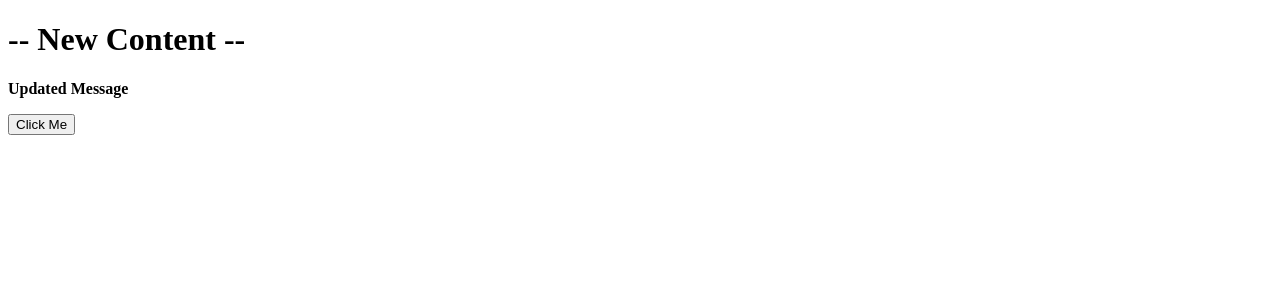
Repository: Jyoshika1263/Java-Training_Genpact
Page: shop/src/main/resources/static/index.html
The author's editor kept a copy of each file at every save. The page is drawn from the files as they stood at one save, then again after the next save.
The browser window is 1280 px wide. The pictures show the whole page.

Above is the page before, as saved 2025-02-27 10:51:21.

### shop/src/main/resources/static/index.html
<!--
<!DOCTYPE html>
<html lang="en">
<head>
<meta charset="UTF-8">
<meta name="viewport" content="width=device-width, initial-scale=1.0">
<title>Welcome to javascript</title>
<style>
        body {
            font-family: Arial, sans-serif;
            margin: 20px;
        }
        h1 {
            color: #333;
        }
        table {
            width: 100%;
            border-collapse: collapse;
        }
        th, td {
            border: 1px solid #ddd;
            padding: 8px;
            text-align: left;
        }
        th {
            background-color: #f2f2f2;
        }
        tr:nth-child(even) {
            background-color: #f9f9f9;
        }
        tr:hover {
            background-color: #f1f1f1;
        }
</style>
</head>
<body>
<h1>Welcome to Online Book Shop</h1>
<table>
<tr>
<th>BookID</th>
<th>Title</th>
<th>Author</th>
<th>Price</th>
</tr>
<tr>
<td>1</td>
<td>Book1</td>
<td>author1</td>
<td>99</td>
</tr>
<tr>
<td>2</td>
<td>B</td>
<td>bb</td>
<td>500</td>
</tr>
<tr>
<td>3</td>
<td>C</td>
<td>cc</td>
<td>200</td>
</tr>
</table>
</body>
</html>
-->




<!--
<!DOCTYPE html>
<html lang="en">
<head>
    <meta charset="UTF-8">
    <meta name="viewport" content="width=device-width, initial-scale=1.0">
    <title>Book Form</title>
    <link rel="stylesheet" href="style.css">
</head>
<body>

<h2>Book form</h2>

<form action="/submit" method="post">
    <label for="name">Book Name:</label>
    <input type="text" id="name" name="name" required>

    <label for="email">Author:</label>
    <input type="email" id="email" name="email" required>

    <label for="message">Price:</label>
    <textarea id="message" name="message" rows="4" required></textarea>

    <button type="submit">Add book</button>
</form>

</body>
</html>
-->

<!DOCTYPE html>
<html>
<head>
<title> Online Book Shop </title>
</head>
<body>
<h1 id='heading'> Welcome to JavaScript</h1>
<p class="message"> Welcome to javaScript </p>
<button id='btn'>Click Me</button>
</body>
<script>

		/*function example(){
			let x=10;
			if(true){
				let  x =20
				console.log(x);
			}
			console.log(x);
		}
		example();
		*/
		function example1(){
			console.log(5 == '5');  // Equal to (Loose comparison) -> true (only checks value)
			console.log(5 === '5'); // Strict equal to -> false (checks type and value)

			console.log(5 != '5');  // Not equal -> false
			console.log(5 !== '5'); // Strict not equal -> true

			// Logical Operators
			console.log(5 > 3 && 5 > 2);  // AND (both conditions must be true) -> true
			console.log(5 > 3 || 5 < 2);  // OR (at least one condition is true) -> true
			console.log(!(5 > 3));        // NOT (negates the condition) -> false
			   let a = 10;
	            let b = 20;
	            let c = "20";
	            console.log('Arithmetic Operators:');
	            console.log('a + b =', a + b);
	            console.log('a - b =', a - b);
	            console.log('a * b =', a * b);
	            console.log('a / b =', a / b);
	            console.log('a % b =', a % b);
	            console.log('a++ =', a++);
	            console.log('++a =', ++a);
	            console.log('a-- =', a--);
	            console.log('--a =', --a);

			let name = "Tanuj";
		    console.log("Hello, " + name + " Welcome");

		    name = "Tanuj";
		    console.log(`Hello, ${name} Welcome`);

		    let text = "This is line1. \n" + "This is line2.";
		    console.log(text);

		    text = `This is line1.
					This is line2.`;
		    console.log(text);

		    let product = "Laptop";
		    let price = 55000;
		    console.log(`The price of ${product} is ${price}`);

		    let text1 = "JavaScript Learning..."

		    	console.log(text1.length); //->return string length
		    	console.log(text1.toUpperCase());
		    	console.log(text1.toLowerCase());
		    	console.log(text1.trim());
		    	console.log(text1.slice(2,10));
		    	console.log(text1.replace("Java","type"));
		    	//console.log(text.split(separator));
		    	console.log(text1.split(","));


		    	//index from 0
		    	//accesss array elemnts ->array

		    	//Array methods :
		    		//Array methods
    let numbers = [10, 20, 30, 40, 50];
    let gadgets = ["Laptop", "Smartphone", "TV"];
    console.log(gadgets[2]);

    gadgets.push("Earphone");
    console.log(gadgets);

    gadgets.pop();
    console.log(gadgets);

    gadgets.shift();
    console.log(gadgets);

    gadgets.unshift("Mic");
    console.log(gadgets);

    console.log(gadgets.indexOf("Smartphone"));
    console.log(gadgets.includes("Earphone"));

    console.log(gadgets.slice(1, 2));

    gadgets.splice(1, 2);
    console.log(gadgets);

    console.log(gadgets.join(" - "));

    gadgets.reverse();
    console.log(gadgets);

    gadgets.sort();
    console.log(gadgets);

    gadgets.forEach(gadget => console.log(gadget));

    let squaredNumbers = numbers.map(num => num * num);
    console.log(squaredNumbers);

		    	// console.log(gadgets.push("Earphone"));
		    	// console.log(gadgets.pop()); // ->remove last item ->
		    	// console.log(gadgets.shift()); //-> remove first item ->
		    	// console.log(gadgets.unshift("Mic")); // -> add item at beginning of array ->
		    	// console.log(gadgets.indexOf(2)); //-> find a index of value
		    	 //console.log(gadgets.includes(3)); // ->check if value exsist
		    	// console.log(gadgets.slice(1,3)); // ->return part of an array
		    	 //console.log(gadgets.splice(1,2)); // ->remove item ->gadgets(index,count) -> start from index1 and remove 2 elemts
		    	// console.log(gadgets.join("-")); //.join(separator) ->convert array into string ->
		    	// console.log(gadgets.reverse()); // -> reverse array
		    	 //console.log(gadgets.sort()); // ->sort array

		    	//looping through array

		    	//->using for Each
		    	gadgets.forEach((gadget) => console.log(gadget));

		    	//->map() ->return s new arrays
		    	num=1;
		    	let squarednumbers = numbers.map(num => num*num);
		    	// Deleting a property from an object
		    	let person = {
		    	    name: "John",
		    	    age: 30,
		    	    hasVoterCard: true
		    	};

		    	delete person.hasVoterCard;
		    	console.log(person);  // { name: "John", age: 30 }

		    	// Objects can have functions as properties
		    	let user = {
		    	    name: "Tanuj",
		    	    greet: function() {
		    	console.log(`Hello, my name is ${this.name}`);
		    	    }
		    	};

		    	user.greet();  // Output: Hello, my name is Tanuj

		    	// Object Destructuring (ES6)
		    	// Extract object properties using shorter syntax
		    	let personData = { name1: "Ajay", age: 25, city: "Delhi" };
		    	let { name1, age, city } = personData;
		    	console.log(age);  // Output: 25

		    	// Object Spread Operator (ES6)
		    	// Used for copying or merging objects

		    	// Copy objects
		    	let obj1 = { a: 12, b: 15 };
		    	let obj2 = { ...obj1, c: 20 };
		    	console.log(obj2);  // Output: { a: 12, b: 15, c: 20 }

		    	// Merge objects
		    	let userP = { name2: "Tanuj", age: 25 };
		    	let userLoc = { city: "MP", country: "India" };
		    	let userAll = { ...userP, ...userLoc };

		    	console.log(userAll);
		    	// Output: { name: "Tanuj", age: 25, city: "MP", country: "India" }
		    	for (let key in person) {
		            console.log(key + ": " + person[key]);
		        }

		        for (let gadget of gadgets) {
		            console.log(gadget);
		        }

		        for (let number of numbers) {
		            console.log(number);
		        }



		        const add = function(a, b) {
		            return a + b;
		        };
		        console.log(add(4, 5));

		        const multiply = (x, y) => x * y;
		        console.log(multiply(12, 23));

		        const cube = x => x * x * x;
		        console.log(cube(5));

		        const greet = (name) => {
		            let message = `Hello, ${name}, Welcome`;
		            return message;
		        };
		        console.log(greet("Tanuj"));

		        // Higher Order Function (HOF)
		        const hofExample = (fn, x, y) => {
		            return fn(x, y);
		        };
		        console.log(hofExample(add, 4, 5));

		        // Object with function as property
		        let user2 = {
		            name: "Tanuj",
		            greet: function() {
		                console.log(`Hello, my name is ${this.name}`);
		            }
		        }


		// HotelManagementSystem

		// Sample hotel rooms data
		const hotelRooms = [
		    { type: "standard", price: 5000, available: true },
		    { type: "deluxe", price: 10000, available: true },
		    { type: "suite", price: 15000, available: false },
		    { type: "presidential", price: 20000, available: true }
		];

		// Function to find available rooms based on price range
		function findAvailableRooms(rooms, minPrice, maxPrice) {
		    return rooms.filter(room =>
		        room.available && room.price >= minPrice && room.price <= maxPrice
		    ).map(room => ({
		        type: room.type,
		        price: room.price
		    }));
		}

		// Function call
		const availableRooms = findAvailableRooms(hotelRooms, 5000, 15000);
		console.log(availableRooms);

		// ShoppingCart

		// Sample cart items data
		const cartItems = [
		    { name: "Phone", price: 55000, quantity: 1 },
		    { name: "Bottle", price: 1500, quantity: 2 },
		    { name: "Keyboard", price: 3000, quantity: 1 }
		];

		// Function to generate receipt
		function generateReceipt(cart) {
		    let total = 0;
		    console.log("Receipt:");
		     console.log("------------------------------");
		     cart.forEach(item => {
		         const itemTotal = item.price * item.quantity;
		         console.log(`${item.name} - Price: ₹${item.price}, Quantity: ${item.quantity}, Total: ₹${itemTotal}`);
		         total += itemTotal;
		     });

		     console.log("------------------------------");
		     console.log(`Total Price: ₹${total}`);
		}

		generateReceipt(cartItems);

		// Student Report Card

		// Sample student data
		// Creating a constant object with student data
        const studentData = [
            {
                name: "Jyoshika",
                marks: { math: 85, science: 90, english: 88 }
            },
            {
                name: "Sanjana",
                marks: { math: 78, science: 82, english: 80 }
            },
            {
                name: "Neelima",
                marks: { math: 92, science: 95, english: 94 }
            },
            {
                name: "Amrutha",
                marks: { math: 70, science: 75, english: 72 }
            }
        ];

        // Function to generate report card for a student
        function generateReportCard(student) {
            let { name, marks } = student;
            let totalMarks = marks.math + marks.science + marks.english;
            let averageMarks = totalMarks / 3;
            let percentage = (totalMarks / 300) * 100;

            console.log(`Report card for ${name}:`);
            console.log(`Total marks: ${totalMarks}`);
            console.log(`Average marks: ${averageMarks}`);
            console.log(`Percentage: ${percentage}%`);
        }

        // Generating report cards for all students
        studentData.forEach(student => generateReportCard(student));


        document.addEventListener("DOMContentLoaded", () => {

            // 1. Select elements using different methods

            const heading = document.getElementById("heading");

            const messages = document.getElementsByClassName("message");

            const h1Headings = document.getElementsByTagName("h1");

            // Query Selectors

            const headingQuery = document.querySelector("#heading"); // Select by ID

            const messageQuery = document.querySelector(".message"); // Select by Class

            // 2. Modifying DOM Elements

            if (heading) {

                console.log("Original Heading:", heading.textContent);

                heading.textContent = "-- New Content --";

            }

            if (messageQuery) {

                messageQuery.innerHTML = "<strong>Updated Message</strong>";

            }

            // Disable a button

            const button = document.querySelector("#btn");

            if (button) {

                button.setAttribute("disabled", "true"); // Disable the button

            }

            // 3. Event Handling

            if (button) {

                button.removeAttribute("disabled"); // Enable button again

                button.addEventListener("click", () => {

                    heading.textContent = "Heading Changed!";

                    alert("Button Clicked!");

                });

                // Change background color on mouseover

                button.addEventListener("mouseover", () => {

        button.style.backgroundColor = "lightblue";

                });

                button.addEventListener("mouseout", () => {

        button.style.backgroundColor = "";

                });

                // Keypress event listener

                document.addEventListener("keypress", (event) => {

                    console.log("Key Pressed:", event.key);

                });

            }

        });

		}
		example1();

</script>
</html>

After the next save:
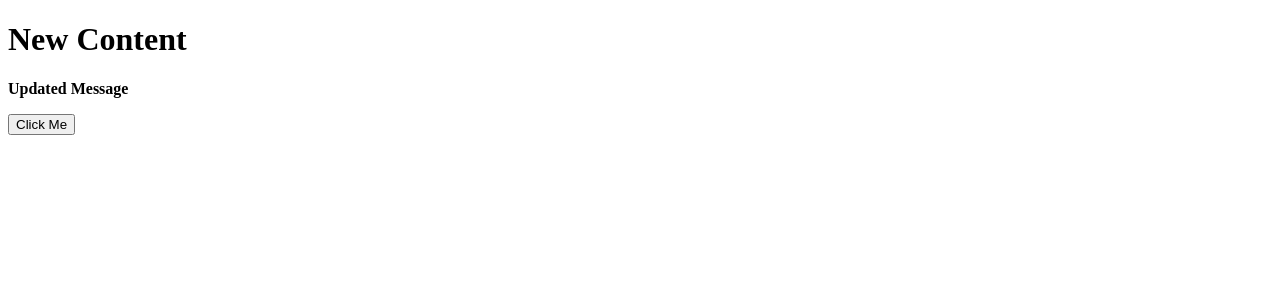
Saved 69 s later.
--- a/shop/src/main/resources/static/index.html
+++ b/shop/src/main/resources/static/index.html
@@ -435,7 +435,7 @@
 
                 console.log("Original Heading:", heading.textContent);
 
-                heading.textContent = "-- New Content --";
+                heading.textContent = "New Content";
 
             }
 
